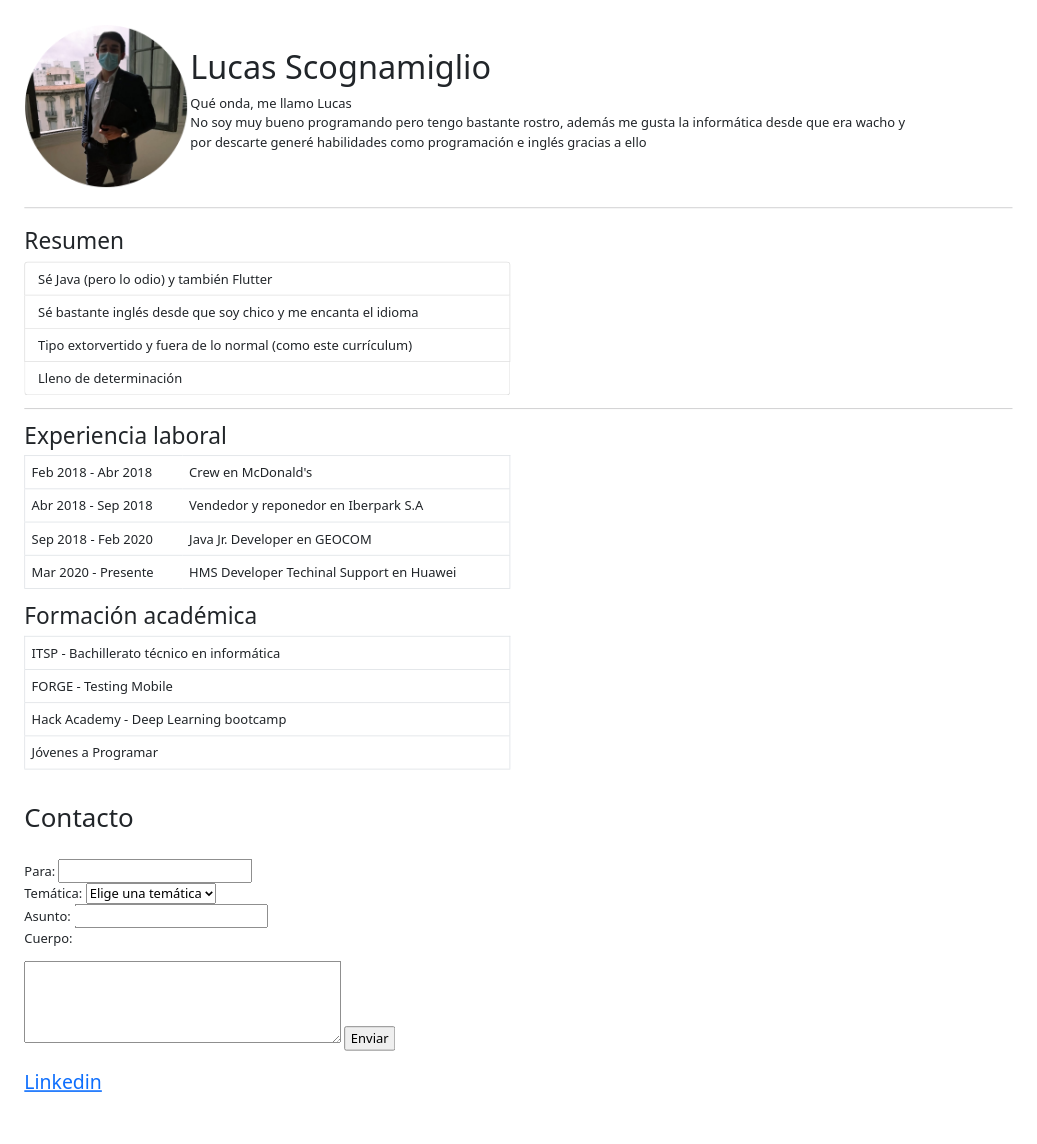
Repository: ScoggoDev/DesarrolloWeb
Page: tarea en equipo 1/cv.html
An editor plug-in stored every save of this project. The page is shown before and after the next save, followed by the edit.
The browser window is 1280 px wide. The pictures show the whole page, at 81% of full size.

Above is the page before, as saved 2021-07-12 10:07:19.

After the next save:
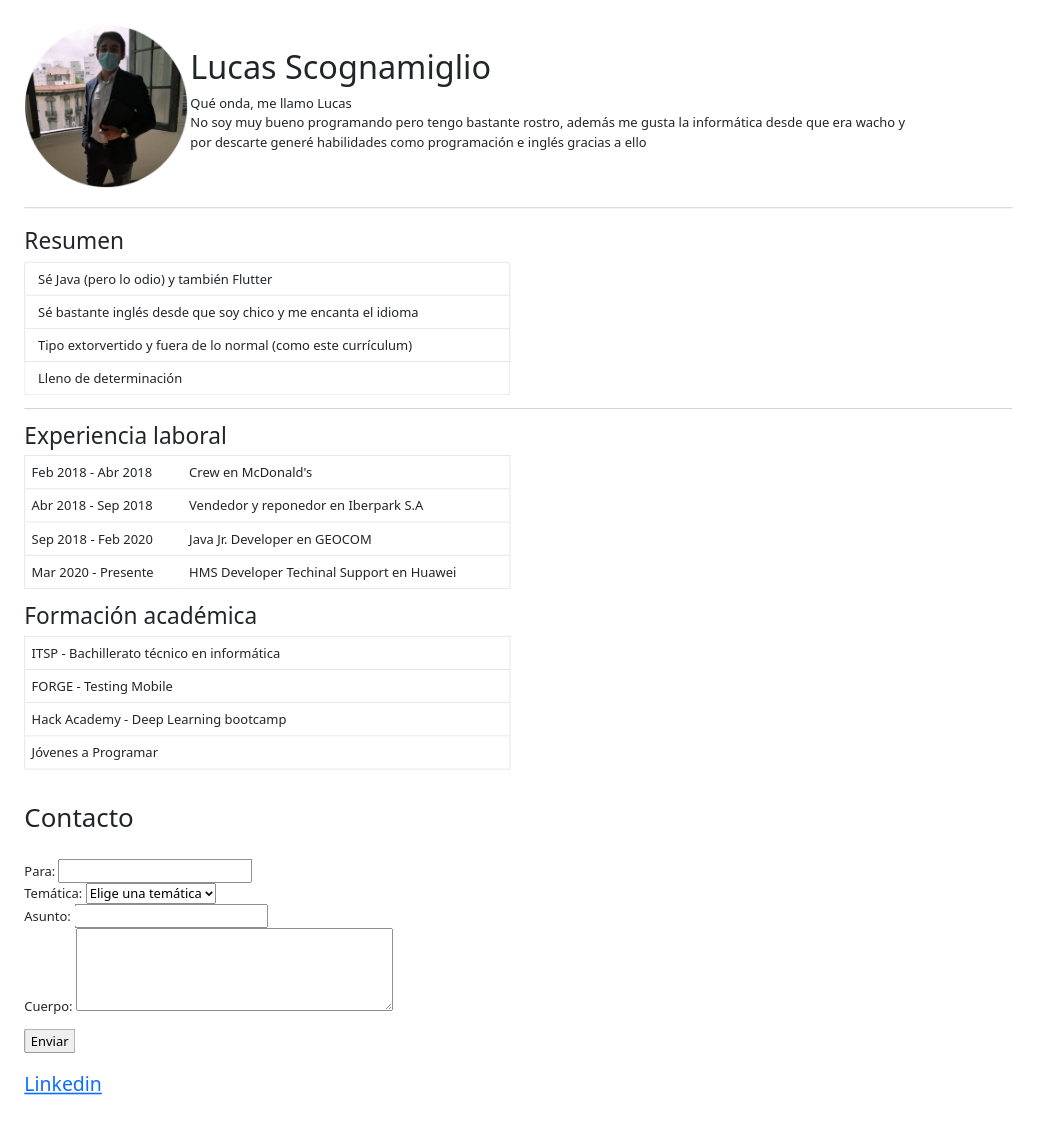
Saved 13 s later.
--- a/tarea en equipo 1/cv.html
+++ b/tarea en equipo 1/cv.html
@@ -79,10 +79,10 @@
       </select> <br>
       <label for="lname">Asunto:</label>
       <input type="text" id="lname" name="lname"><br>
-      <p>Cuerpo: </p>
-      <textarea id="textarea" name="textarea" rows="4" cols="40">
+      <p>Cuerpo: <textarea id="textarea" name="textarea" rows="4" cols="40">
 
-      </textarea>
+      </textarea></p>
+
       <input type="submit" value="Enviar">
     </form>
     <br>
